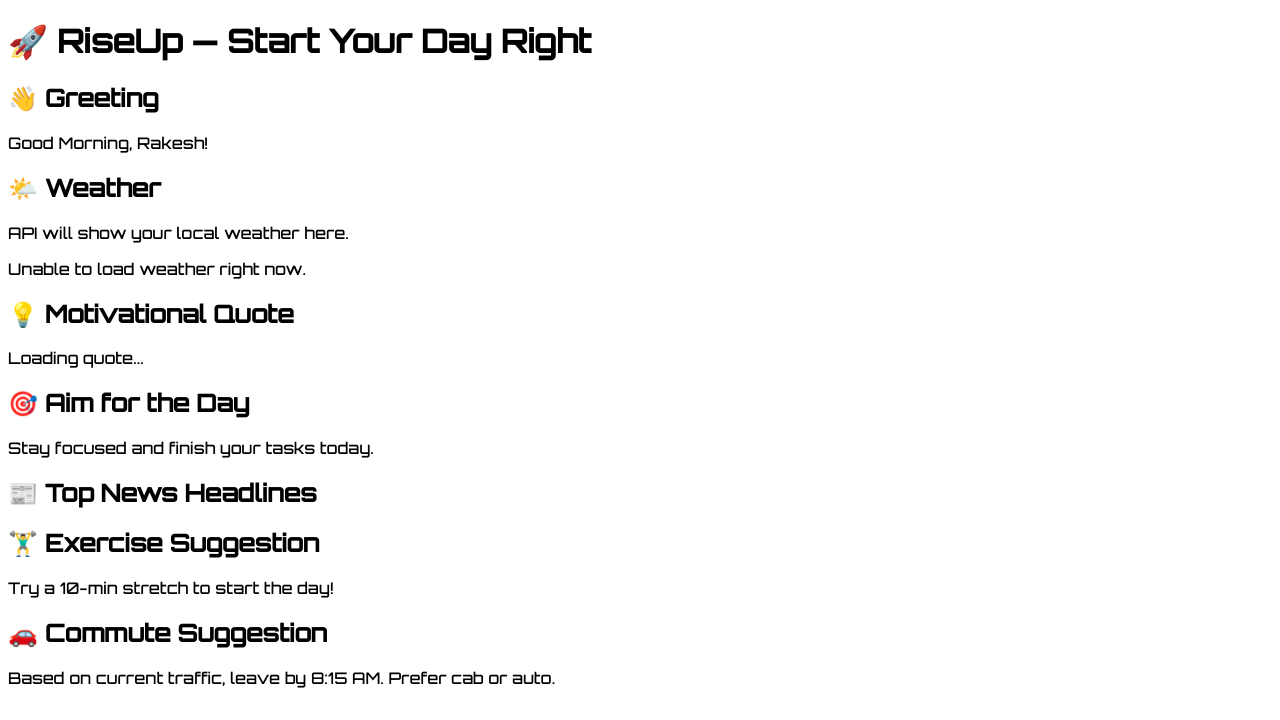
Repository: rakeshkumar1012/riseup
Page: /
An editor plug-in stored every save of this project. The page is shown before and after the next save, followed by the edit.
The browser window is 1280 px wide. The pictures show the whole page.
The page's requests for data from a server got no answer. The project was rebuilt for these pictures with package versions that can differ from the ones it lists, and the page was loaded fresh each time. No one was signed in, and anything a server would have sent is missing.

Above is the page before, as saved 2025-07-05 03:45:52.

After the next save:
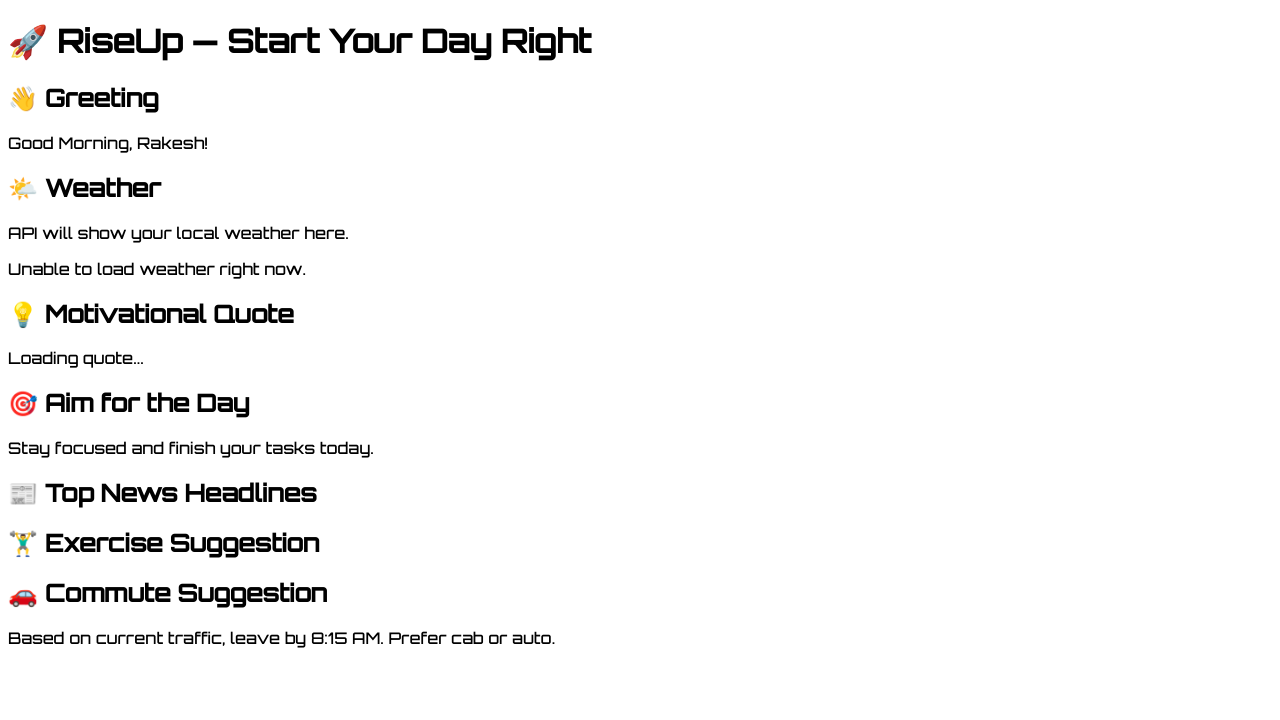
Saved 12 s later.
--- a/src/App.js
+++ b/src/App.js
@@ -44,7 +44,7 @@ function App() {
 
         {/* Exercise */}
         <Section title="🏋️‍♂️ Exercise Suggestion" gradient="from-indigo-500 to-purple-700">
-          <p className="text-white/90">Try a 10-min stretch to start the day!</p>
+          <Exercise/>
 
         </Section>
 
